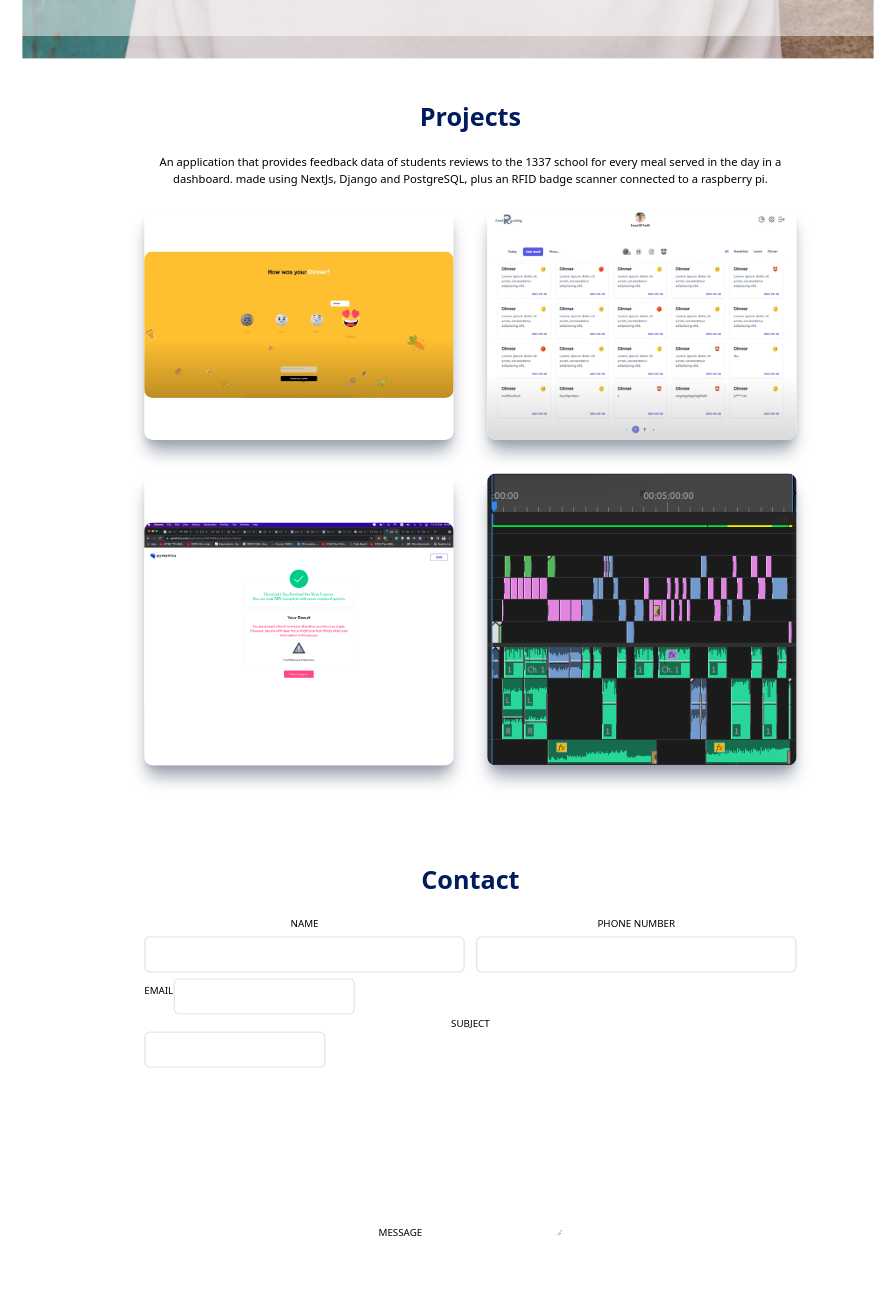
Repository: Saadelfadil/saadelfadil.github.io
Page: /
An editor plug-in stored every save of this project. The page is shown before and after a run of saves, followed by the edit.
The browser window is 1280 px wide. The pictures show the part of the page from y = 668 to 2588 px (the page is 2536 px tall before and 2588 px after), at 70% of full size.
The project was rebuilt for these pictures with package versions that can differ from the ones it lists, and the page was loaded fresh each time. Also part of the build but not shown: vite.config.js.

Above is the page before, as saved 2023-02-26 18:57:39.

After the next 2 saves:
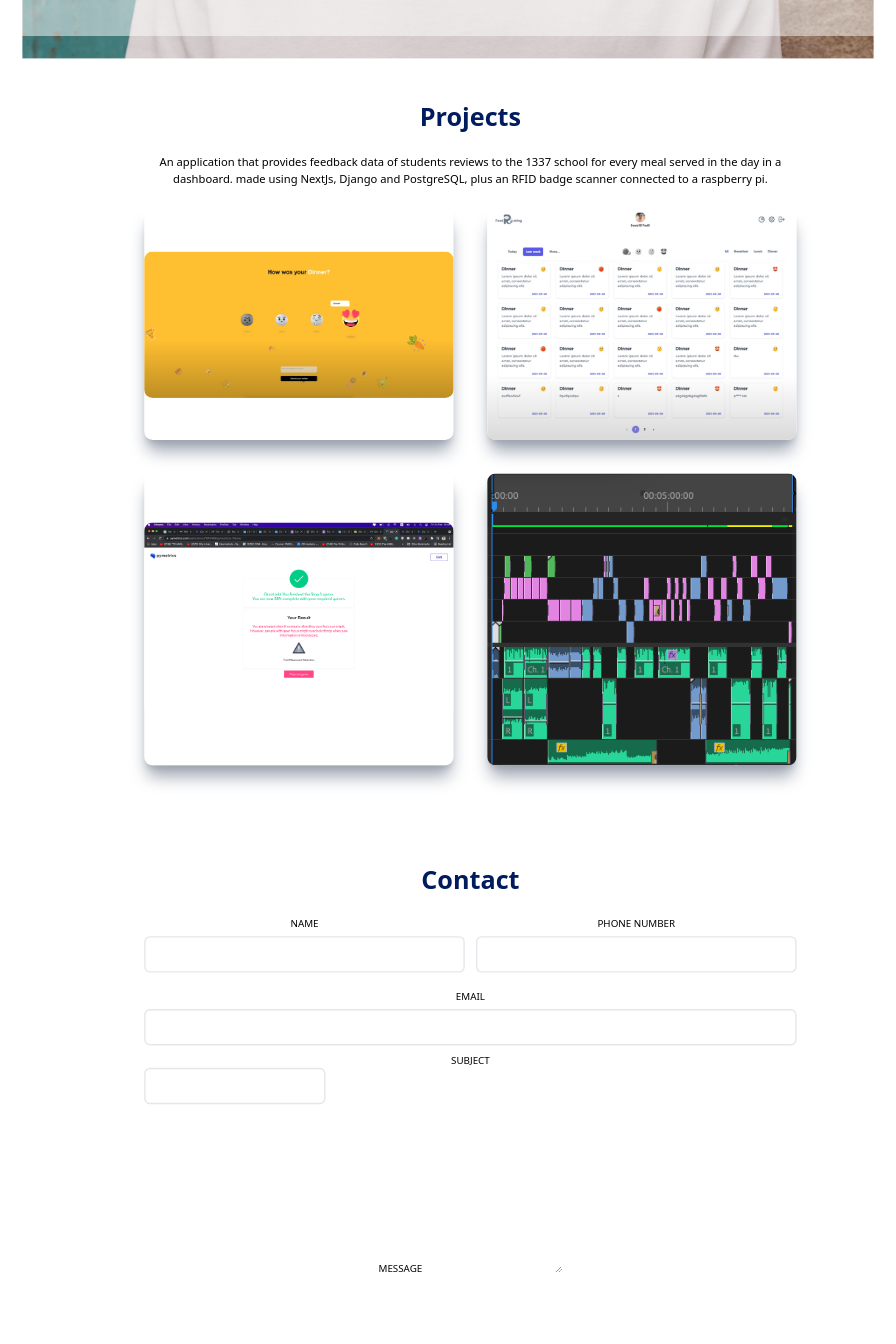
The 2 saves are shown as one change because they came seconds apart.
The last was saved 7 s later.
--- a/src/components/Contact.jsx
+++ b/src/components/Contact.jsx
@@ -17,7 +17,7 @@ const Contact = () => {
                     <input className="border-2 rounded-lg p-3 flex border-gray-200 " type="text" name="phone" />
                 </div>
             </div>
-            <div className="flex">
+            <div className="flex flex-col py-2">
                 <label className="uppercase text-sm py-2" htmlFor="">Email</label>
                 <input className="border-2 rounded-lg p-3 flex border-gray-200 " type="email" name="email"/>
             </div>
